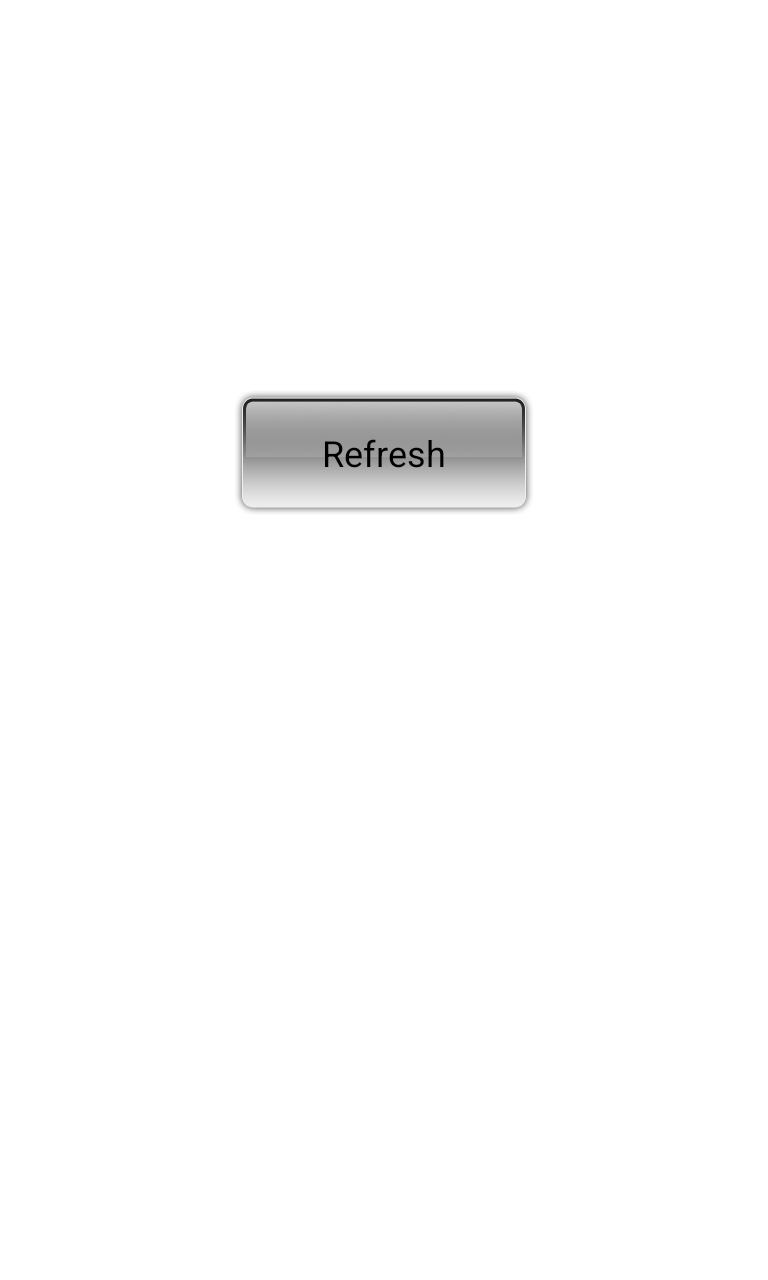
Repository: efreestone/MDF3_Freestone
Layout: ConvertIt/res/layout/activity_main.xml
These files come from the project's save history. The layout is drawn as it stood at one moment and after the next save; the edit follows.
It is drawn on a 768 x 1280 px phone screen (xhdpi) without system bars, with theme AppTheme; the app's code is not run.

Above is the layout before, as saved 2014-07-11 01:26:36.

After the next save:
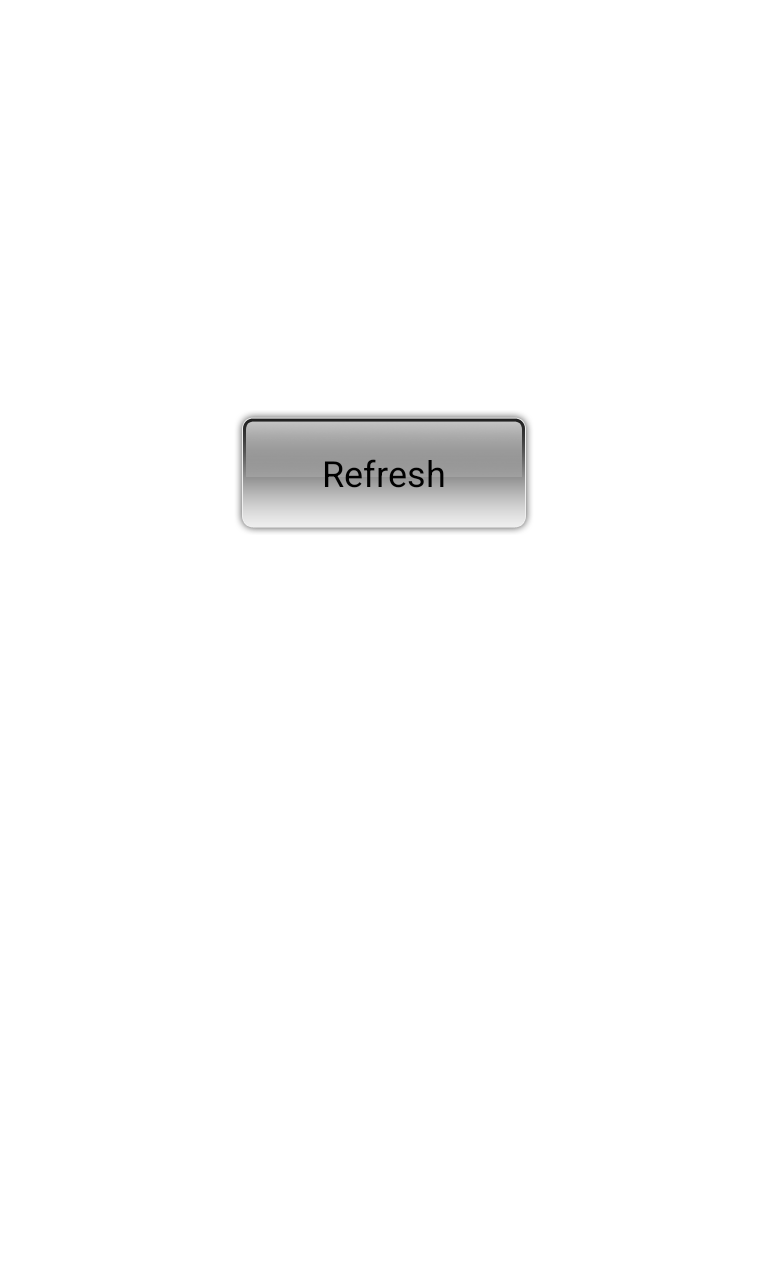
Saved 37 s later.
--- a/ConvertIt/res/layout/activity_main.xml
+++ b/ConvertIt/res/layout/activity_main.xml
@@ -10,6 +10,7 @@
         android:id="@+id/usdTV"
         android:layout_width="match_parent"
         android:layout_height="wrap_content"
+        android:layout_marginTop="10dp"
         android:gravity="center" />
 
     <TextView
